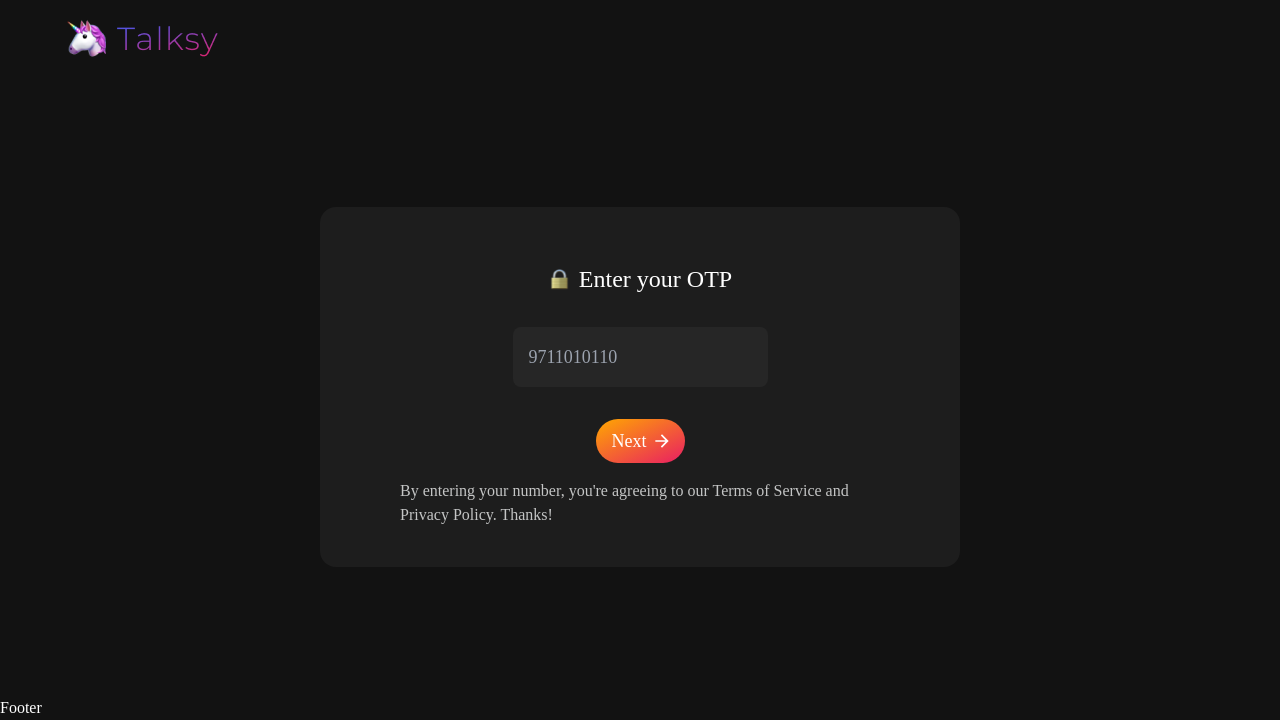
Repository: Krishna-bansall/Talksy
Page: /auth/otp (app in Frontend/)
The author's editor kept a copy of each file at every save. The page is drawn from the files as they stood at one save, then again after the next save.
The browser window is 1280 px wide. The pictures show the whole page.
The project was rebuilt for these pictures with package versions that can differ from the ones it lists, and the page was loaded fresh each time. The framework's server and built-in components were replaced by stand-ins that run in the browser. Also part of the build but not shown: Frontend/next.config.js.

Above is the page before, as saved 2022-05-20 17:58:18.

After the next save:
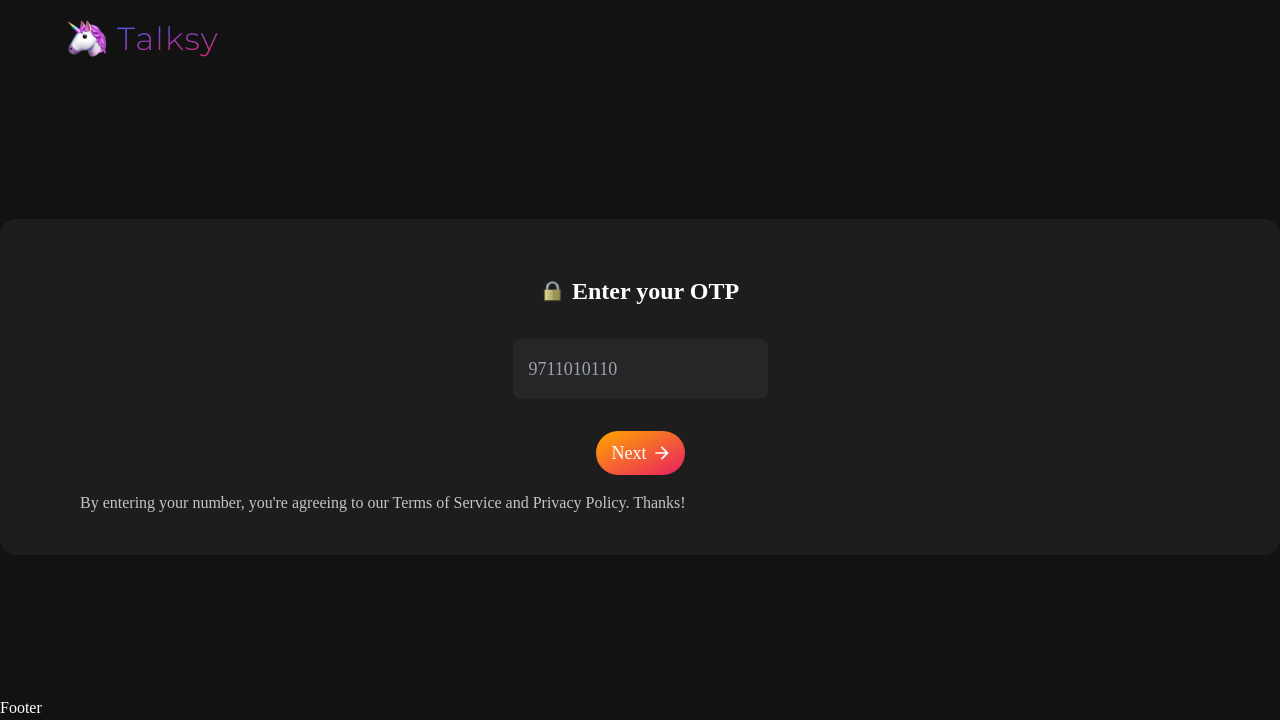
Saved 92 s later.
--- a/Frontend/pages/auth/otp.tsx
+++ b/Frontend/pages/auth/otp.tsx
@@ -12,14 +12,16 @@
   const handleClick = (e: React.MouseEvent<HTMLElement>) => {}
 
   return (
-    <div className="w-screen md:w-1/2">
+    // <div className="w-screen md:w-1/2">
+    <div className="w-full">
       <Card>
         <div className="my-4 flex justify-center ">
           <Image src={lock} />
-          <h1 className="ml-2 text-xl font-light md:text-2xl">
+          <h1 className="ml-2 text-xl font-semibold md:text-2xl">
             Enter your OTP{' '}
           </h1>
         </div>
+
         <div className="my-4 flex justify-center ">
           <Input
             type="number"
